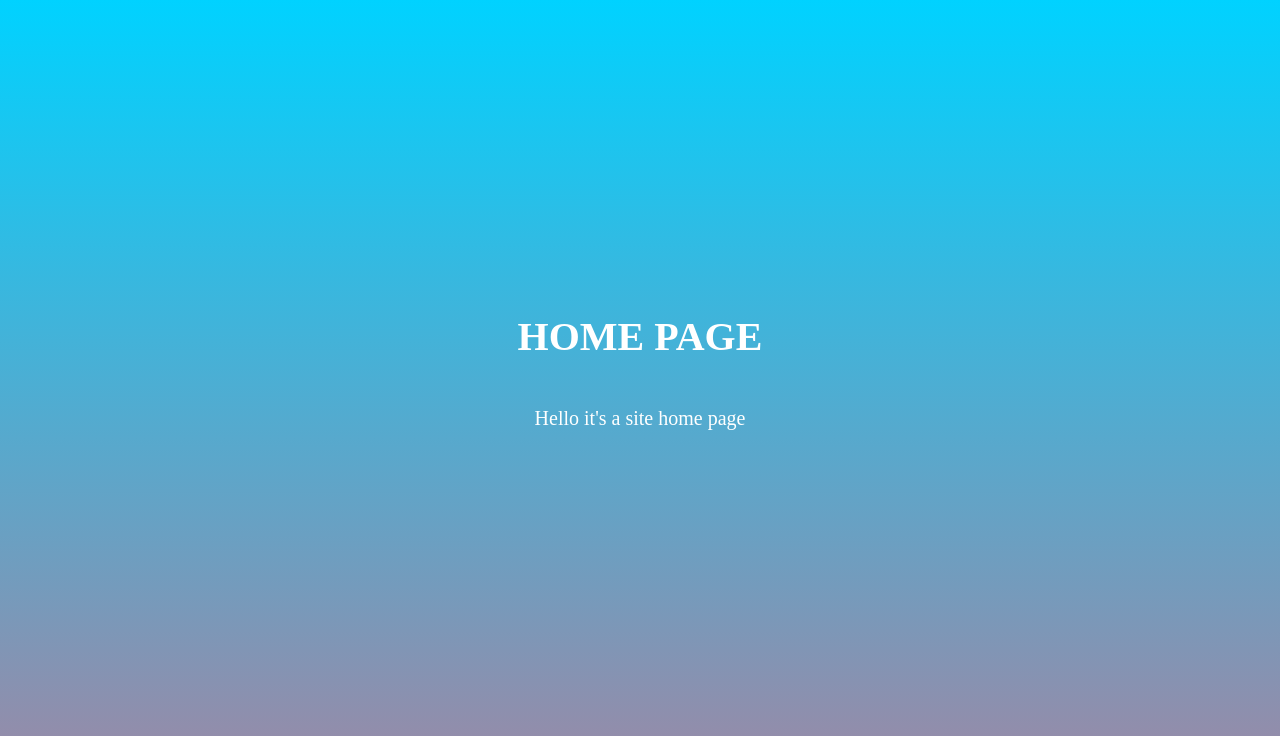
Repository: EgorSherstnev/https---github.com-EgorSherstnev-Node_FirstProject
Page: views/index.html
The author's editor kept a copy of each file at every save. The page is drawn from the files as they stood at one save, then again after the next save.
The browser window is 1280 px wide. The pictures show the whole page.

Above is the page before, as saved 2023-03-02 23:07:32.

### views/index.html
<html>
<head>
   <link href="https:fonts.googleapis.com/css?family=" >
   <style>
      body {
         display: flex;
         min-height: 100vh;
         align-items: center;
         justify-content: center;
         flex-direction: column;
         font-family: 'Times New Roman', Times, serif;
         font-size: 20px;
         background: linear-gradient(to bottom, #00d2ff, #928dab);
         color: #fff;
      }
      h1 {
         text-transform: uppercase;
      }
   </style>
</head>
<body>
   <h1>Home page</h1>
   <p>Hello it's a site home page</p>
</body>
</html>

After the next save:
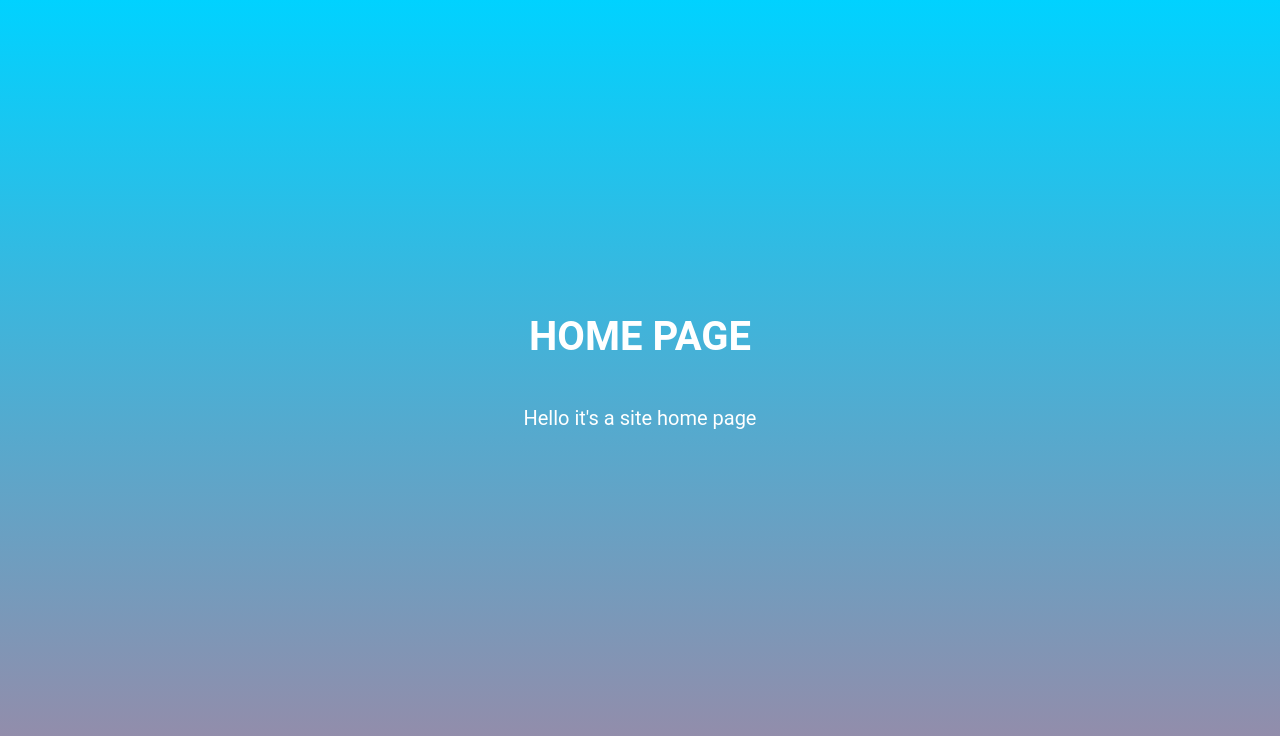
Saved 105 s later.
--- a/views/index.html
+++ b/views/index.html
@@ -8,7 +8,7 @@
          align-items: center;
          justify-content: center;
          flex-direction: column;
-         font-family: 'Times New Roman', Times, serif;
+         font-family: 'Roboto', sans-serif;
          font-size: 20px;
          background: linear-gradient(to bottom, #00d2ff, #928dab);
          color: #fff;
